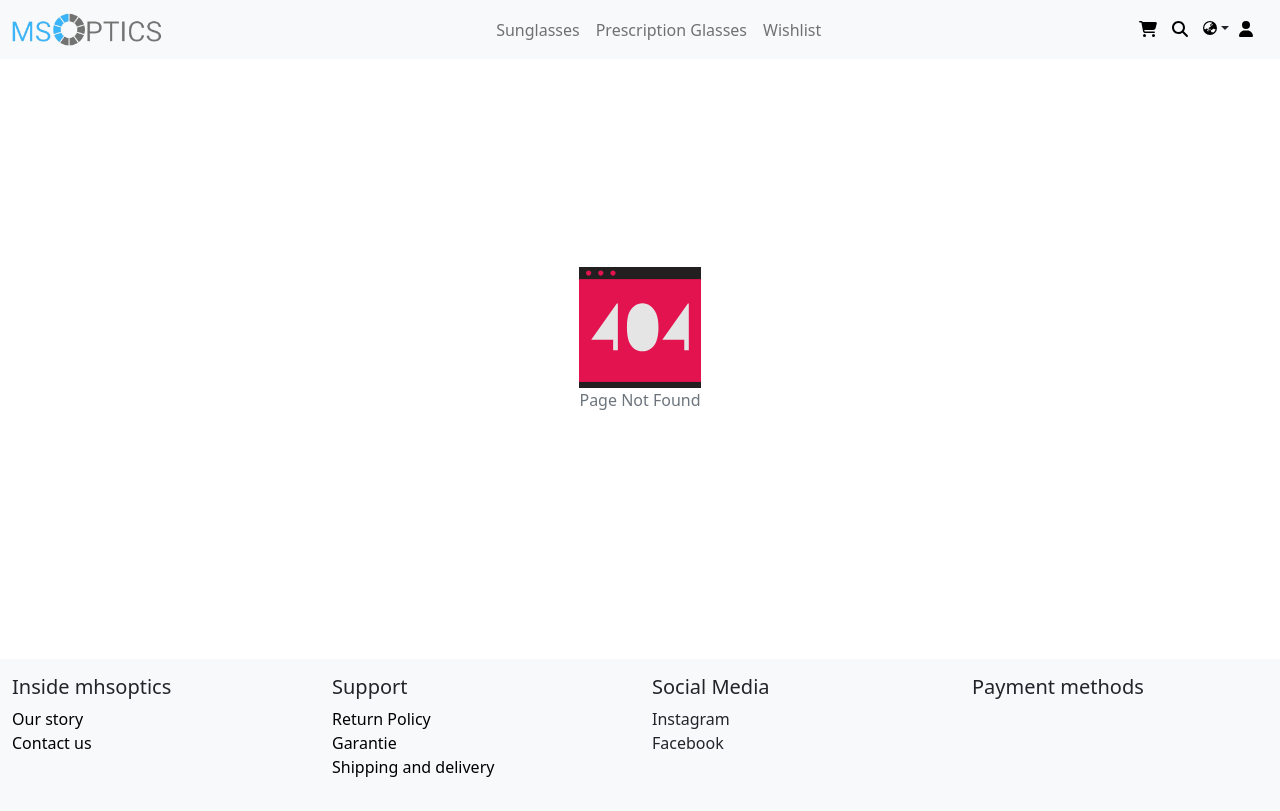
Repository: SaudCh/MERN-msOptics
Page: /search (app in client/)
These files come from the project's save history. The page is drawn as it stood at one moment and after a run of saves; the edit follows.
The browser window is 1280 px wide. The pictures show the whole page.
The page's requests for data from a server got no answer. The project was rebuilt for these pictures with package versions that can differ from the ones it lists, and the page was loaded fresh each time. No one was signed in, and anything a server would have sent is missing. Also part of the build but not shown: client/src/Routes/AuthRoute.js, client/src/Components/css/header.css, client/src/Routes/SideBarLayout.js, client/src/Routes/ProtectedRoute.js, client/src/Components/ProductsCard.jsx.

Above is the page before, as saved 2022-08-20 19:48:52.

After the next 2 saves:
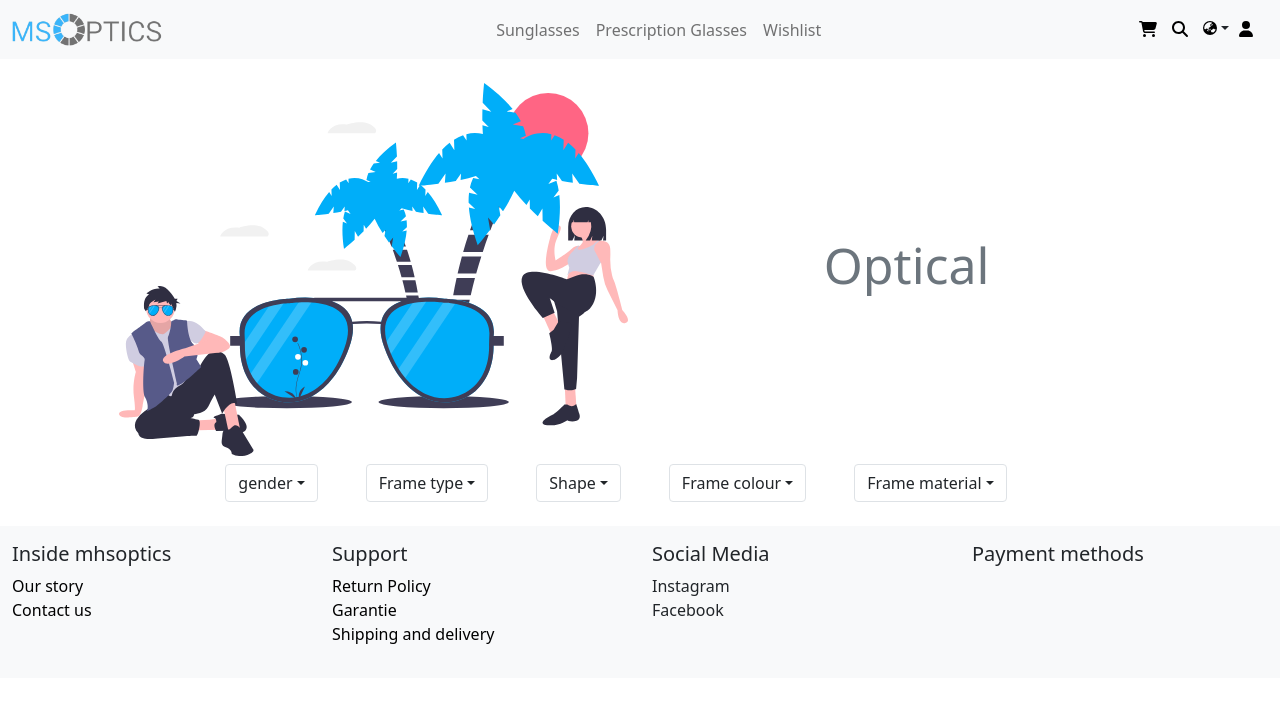
The 2 saves are shown as one change because they came seconds apart.
The last was saved 51 s later.
--- a/client/src/Routes/index.js
+++ b/client/src/Routes/index.js
@@ -7,6 +7,7 @@ import Loading from './Loading';
 import SideBarLayout from './SideBarLayout';
 import ProtectedRoute from './ProtectedRoute';
 
+const Search = lazy(() => import('../Pages/Search/Search'));
 const Return = lazy(() => import('../Pages/Support/Return'));
 const Garantie = lazy(() => import('../Pages/Support/Garantie'));
 const Shipping = lazy(() => import('../Pages/Support/shipping'));
@@ -43,8 +44,7 @@ export default function index() {
             <Route path="/returns" element={<Return />} />
             <Route path="/garantee" element={<Garantie />} />
             <Route path="/shipping" element={<Shipping />} />
-
-
+            <Route path="/search" element={<Search />} />
 
             {/* Auth Route */}
             <Route
